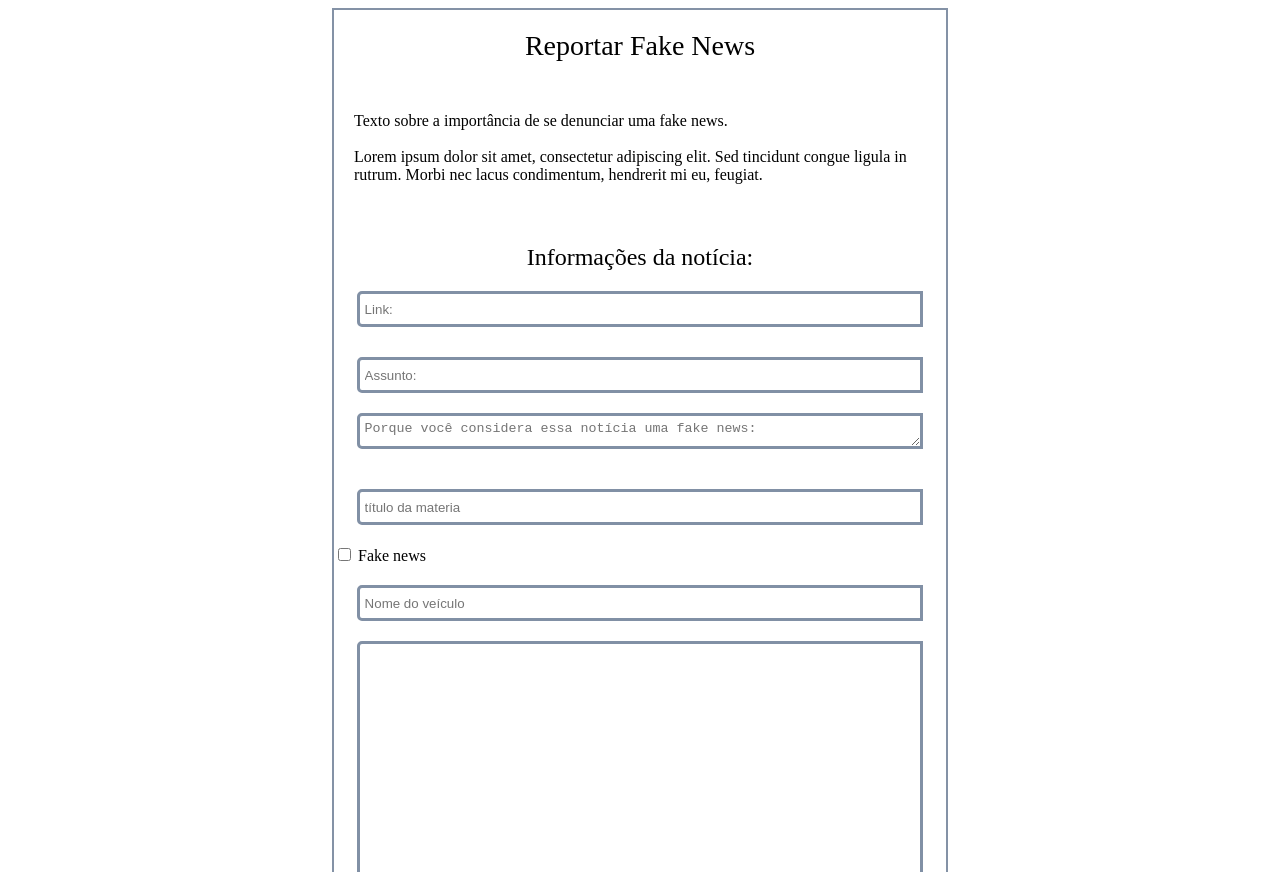
Repository: ICEI-PUC-Minas-PPLES-TI/plf-es-2021-1-ti1-7946100-04-fake-news-2
Page: Codigo/src/reportar/reportar_fn.html
These files come from the project's save history. The page is drawn as it stood at one moment and after the next save; the edit follows.
The browser window is 1280 px wide. The pictures show the part of the page from y = 0 to 872 px (the page is 1409 px tall before and 1323 px after).
A picture or video elsewhere on the page could not be fetched, so the positions and the page height are approximate. Some web libraries are served in a nearby version.

Above is the page before, as saved 2021-07-03 16:02:25.

### Codigo/src/reportar/reportar_fn.html
<!DOCTYPE html>
<html>

    <head>
        <link rel="stylesheet" href="style.css">
        <link href="https://maxcdn.bootstrapcdn.com/font-awesome/4.1.0/css/font-awesome.min.css" rel="stylesheet">
        <script src="https://ajax.googleapis.com/ajax/libs/jquery/2.1.3/jquery.min.js" type="text/javascript"></script>
        <script src="backend.js"></script>
    </head>

    <body class="register_body"  onload="javascript:check_logged()">
        <div class="container col-6">
            <div style="margin: 0 20px">

                <div class="title_report">
                    Reportar Fake News
                </div>
                <div class="subtitle_report">
                    Texto sobre a importância de se denunciar uma fake news. <br><br>
                    Lorem ipsum dolor sit amet, consectetur adipiscing elit. Sed tincidunt congue ligula in rutrum. Morbi nec lacus condimentum, hendrerit mi eu, feugiat.
                </div>
            </div>
            <div class="search">
                <form method="post" id="signup">
                    <div class="form_info">Informações da notícia:</div>
                    <div>
                        <input id="link" type="text" class="searchBar" placeholder="Link:">
                    </div>

                    <div>
                        <div>
                            <input id="assunto" type="text" class="searchBar" placeholder="Assunto:">
                        </div>
                        <div>
                            <textarea id="motivo" type="text" class="searchBar" placeholder="Porque você considera essa notícia uma fake news:"></textarea>
                        </div>

                        <div style="display: flex; margin: 0 20px;" id="form_not_adm">
                            <input type="button" class="button_a searchButton registerButton backButton_a" value="Reportar" onclick="save_report()">
                        </div>
                    </div>

                    <div id="form_adm" style="display: none;">
                        <div>
                            <input id="titulo" type="text" class="searchBar" placeholder="título da materia">
                        </div>

                        <div>
                            <input type="checkbox" id="isFake" name="isFake">
                            <label for="isFake">Fake news</label>
                        </div>

                        <div>
                            <input id="veiculo" type="text" class="searchBar" placeholder="Nome do veículo">
                        </div>

                        <div>
                            <textarea id="texto" type="text" class="searchBar" placeholder="Texto completo"> </textarea>
                        </div>
                        <input class="classhere" type="file" name="logo" id="logo" />
                        <div class="imagearea"></div>

                        <div style="display: flex;">
                            <input type="button" class="button_a searchButton registerButton" value="Salvar" onclick="save()">
                            <a href="index.html" class="button_a backButton_a">
                                <div class="searchButton registerButton backButton" >
                                    voltar
                                </div>
                            </a>
                        </div>
                    </div>

                </form>
            </div>
        </div>

    </body>
</html>

### Codigo/src/reportar/style.css
.search {
  width: 100%;
  position: relative;
  display: flex;

}
.search .label{
    margin: auto;
    padding-right: 10px;
  }


.searchBar {
  width: 90%;
  border: 3px solid #8190A5;
  padding: 5px;
  height: 20px;
  border-radius: 5px 0 0 5px;
  outline: none;
  color: #9DBFAF;
  display: block;
  margin: 0 auto;
}

.searchBar:focus{
  color: #8190A5;
}

.searchButton {
  width: 40px;
  height: 36px;
  border: 1px solid #8190A5;
  background: #8190A5;
  text-align: center;
  color: #fff;
  border-radius: 0 5px 5px 0;
  cursor: pointer;
  font-size: 20px;
}

.container{
  width: 90%;
  margin: auto;
  display: flex;
  flex-direction: column;


  background-color: #FFFFFF;
  border: 2px solid #8492A6;
  width: 612px;
}

.btn_container{
    display: flex;
    padding-top: 15px;
}

.registerButton{
    width: 150px;
    border-radius: 5px;
    height: 35px;
    vertical-align: middle;
    display: table-cell;
}
.button_a{
    text-decoration: none;
    color: white;
}

.index #list_table{
    width: 100%;
    margin: 15px 0 0 0;
}

/* ---------------  Cadastro ---------------------- */

.register_body .container{
    flex-direction: column;

}

.register_body #texto{
    height: 300px;
}

.register_body .button_a {
    margin: 20px 0 0 0;
}

.register_body .search{
    display: inline;
}
.register_body .search div{
    padding:10px 0;
}

.register_body .label{
    display: flex;
}
.backButton{
    padding:0px !important;
    margin-left: auto;
}
.backButton_a{
    margin-left: auto !important;
}

#list_table{
    width: 80%;
    margin: 0 auto;
    text-align: center;
    border-collapse: collapse;
}
th{
    border: 3px solid #8190A5;
}
td{
    border: 3px solid #8190A5;
}
tr{
    border: 3px solid #8190A5;
}
i{
    cursor: pointer;
}

.title_report{
    text-align: center;
    margin: 20px 0 50px 0;
    font-size: 28px;
}

.form_info{
    margin-top: 50px;
    text-align: center;
    font-size: 24px;
}

.left_div{
    width: 20%;
    margin: 0;
}

.right_div{
    width: 20%;
    margin: 0;
}

.middle_div{
    width: 80%;
    margin: 0 10px;
}
.inner_left{
    margin: 30px 10px;
}
.inner_left>div{
    margin-bottom: 30px;
}
.inner_left_title{
    font-size: 16px;
    text-align: center;
}

.gray_color{
    color: #8190A5;
}

### Codigo/src/reportar/backend.js
var content = [];
var counter = 0;
var is_logged = 1;
function getSite(){
    var busca = document.getElementById("search_bar").value;
    $("#list_table").html("");
    $("#list_table").html(
        "<tbody>"+
        "</tbody>"
        );
    for(var i = 0; i <= localStorage.length; i++){
        if(localStorage.getItem(i) !== null){
            var storage = JSON.parse(localStorage.getItem(i));
            if(
                storage.link.includes(busca) ||
                storage.titulo.includes(busca) ||
                storage.veiculo.includes(busca) ||
                storage.texto.includes(busca)
            ){
                $("#list_table").html(

                    "<tbody>"+
                    "</tbody>"
                    );
                for(var i = 0; i <= localStorage.length; i++){
                    if(localStorage.getItem(i) !== null){
                        var storage = JSON.parse(localStorage.getItem(i));
                        $("#list_table tbody").append("<tr style=\"border: none;>\"");
                        $("#list_table tbody").append("<td style=\"border: none; width: 8%;\"><img id=\"thumb_list"+i+"\" style=\"width: 50px;\"></img>  </td>");
                        $("#list_table tbody").append("<td style=\"border: none; width: 37%; text-align: start; padding-left: 10px;\"><div>"+storage.titulo+"</div><div class=\"gray_color\">"+storage.texto.substring(0,45)+"</div></td>");
                        $("#list_table tbody").append("<td style=\"border: none; width: 37%;\"><div class=\"gray_color\">"+storage.veiculo+"</div></td>");
                        $("#thumb_list"+i).attr("src", storage.thumb);
                        $("#list_table tbody").append("<td style=\"border: none; width: 9%;\"><i class=\"fa fa-trash-o\" onClick=\"trash_("+i+")\"></i></td>");
                    }
                }

            }
        }
    }

}

function trash(key){
    localStorage.removeItem(key);
    getSite();
}

function trash_(key){
    localStorage.removeItem(key);
    Listar_fn_usr();
}
function pencil(key){
    localStorage.setItem("to_edit", key);
    window.open("edit.html", "_self");
}

function edit(){
    let key = localStorage.getItem("to_edit");
    let to_edit = JSON.parse(localStorage.getItem(key));

    document.getElementById("link").value = to_edit.link;
    document.getElementById("titulo").value = to_edit.titulo;
    document.getElementById("texto").value = to_edit.texto;
    document.getElementById("veiculo").value = to_edit.veiculo;
    document.getElementById("isFake").checked = to_edit.checked;
    document.getElementById("assunto").value = to_edit.assunto;
    document.getElementById("motivo").value = to_edit.motivo;
    document.getElementById("revisado").value = to_edit.revisado;
    $(".imagearea")[0].firstChild.attributes.src.value = to_edit.thumb;
}


function save() {

    let link = document.getElementById("link").value;
    let titulo = document.getElementById("titulo").value;
    let texto = document.getElementById("texto").value;
    let veiculo = document.getElementById("veiculo").value;
    let fake = document.getElementById("isFake").checked;
    let assunto = "";//document.getElementById("assunto").checked;
    let motivo = "";//document.getElementById("motivo").checked;
    let thumb = $(".imagearea")[0].firstChild.attributes.src.value;
    let revisado = true;
    console.log(this.thumb_to_save);

    var values_json = {
        'link': link,
        'titulo': titulo,
        'texto': texto,
        'isFake': fake,
        'veiculo': veiculo,
        'thumb': thumb,
        'assunto': assunto,
        'motivo': motivo,
        'revisado': revisado
    }

    this.content.push(values_json);

    localStorage.setItem(this.counter, JSON.stringify(values_json));
    this.counter++;
    clearFields();
}

function save_report() {

    let link = document.getElementById("link").value;
    let titulo = "";//document.getElementById("titulo").value;
    let texto = ""; //document.getElementById("texto").value;
    let veiculo = "";//;document.getElementById("veiculo").value;
    let fake = "";//document.getElementById("isFake").checked;
    let assunto = document.getElementById("assunto").value;
    let motivo = document.getElementById("motivo").value;
    let thumb = $(".imagearea")[0].firstChild.attributes.src.value;
    let revisado = false;
    console.log(this.thumb_to_save);

    var values_json = {
        'link': link,
        'titulo': titulo,
        'texto': texto,
        'isFake': fake,
        'veiculo': veiculo,
        'thumb': thumb,
        'assunto': assunto,
        'motivo': motivo,
        'revisado': revisado
    }

    this.content.push(values_json);

    localStorage.setItem(this.counter, JSON.stringify(values_json));
    this.counter++;
    clearFields();
}

function saveOnEdit(){
    let key = localStorage.getItem("to_edit");

    let link = document.getElementById("link").value;
    let titulo = document.getElementById("titulo").value;
    let texto = document.getElementById("texto").value;
    let veiculo = document.getElementById("veiculo").value;
    let fake = document.getElementById("isFake").checked;
    let assunto = document.getElementById("assunto").value;
    let motivo = document.getElementById("motivo").value;
    let thumb = $(".imagearea")[0].firstChild.attributes.src.value;
    let revisado = true;

    var values_json = {
        'link': link,
        'titulo': titulo,
        'texto': texto,
        'isFake': fake,
        'veiculo': veiculo,
        'thumb': thumb,
        'assunto': assunto,
        'motivo': motivo,
        'revisado': revisado
    }

    localStorage.setItem(key, JSON.stringify(values_json));
    let tam = localStorage.length-1;
    localStorage.setItem("length",tam);
    clearFields();
}

function Listar(){
    $("#list_table").html(

        "<tbody>"+
        "</tbody>"
        );
    for(var i = 0; i <= localStorage.length; i++){
        if(localStorage.getItem(i) !== null){
            var storage = JSON.parse(localStorage.getItem(i));
            $("#list_table tbody").append("<tr style=\"border: none;>\"");
            $("#list_table tbody").append("<td style=\"border: none; width: 8%;\"><img id=\"thumb_list"+i+"\" style=\"width: 50px;\"></img>  </td>");
            $("#list_table tbody").append("<td style=\"border: none; width: 37%; text-align: start; padding-left: 10px;\"><div>"+storage.titulo+"</div><div class=\"gray_color\">"+storage.texto.substring(0,45)+"</div></td>");
            $("#list_table tbody").append("<td style=\"border: none; width: 37%;\"><div class=\"gray_color\">"+storage.veiculo+"</div></td>");
            $("#thumb_list"+i).attr("src", storage.thumb);
            $("#list_table tbody").append("<td style=\"border: none; width: 9%;\"><i class=\"fa fa-trash-o\" onClick=\"trash_("+i+")\"></i></td>");
        }
    }
}



function clearFields(){
    document.getElementById("link").value = "";
    document.getElementById("titulo").value = "";
    document.getElementById("texto").value = "";
    document.getElementById("veiculo").value = "";
    //document.getElementById("assunto").value = "";
    //document.getElementById("motivo").value = "";
    document.getElementById("isFake").checked = true;
    $(".imagearea")[0].firstChild.attributes.src.value = '';
}



$(document).ready(function(){
    var img = new Image();
    img.src = localStorage.theImage;

    $('.imagearea').html(img);
    console.log("alow");
    $("body").on("change",".classhere",function(){

        var fileInput = $(this)[0];
        var file = fileInput.files[0];

        var reader = new FileReader();
        reader.onload = function(e) {
             var img = new Image();
             img.src = reader.result;
             $(".imagearea").html(img);
         }

         reader.readAsDataURL(file);
      });
  });


  function Listar_fn_usr(){
    $("#list_table").html(
        "<tbody>"+
        "</tbody>"
        );
    for(var i = 0; i <= localStorage.length; i++){
        if(localStorage.getItem(i) !== null){
            var storage = JSON.parse(localStorage.getItem(i));
            if(storage.revisado || this.is_logged == 1){
                $("#list_table tbody").append("<tr style=\"border: none;>\"");
                $("#list_table tbody").append("<td style=\"border: none; width: 8%;\"><img id=\"thumb_list"+i+"\" style=\"width: 50px;\"></img>  </td>");
                $("#list_table tbody").append("<td style=\"border: none; width: 37%; text-align: start; padding-left: 10px;\"><div>"+storage.titulo+"</div><div class=\"gray_color\">"+storage.texto.substring(0,45)+"</div></td>");
                $("#list_table tbody").append("<td style=\"border: none; width: 37%;\"><div class=\"gray_color\">"+storage.veiculo+"</div></td>");
                $("#thumb_list"+i).attr("src", storage.thumb);
                if(this.is_logged == 1){
                    $("#list_table tbody").append("<td style=\"border: none; width: 9%;\"><i class=\"fa fa-trash-o\" onClick=\"trash_("+i+")\"></i></td>");
                }
            }
        }
    }
}

function check_logged(){
    if(this.is_logged == 1){
        document.getElementById("form_adm").style.display = "block";
        document.getElementById("form_not_adm").style.display = "none";
    }
}

After the next save:
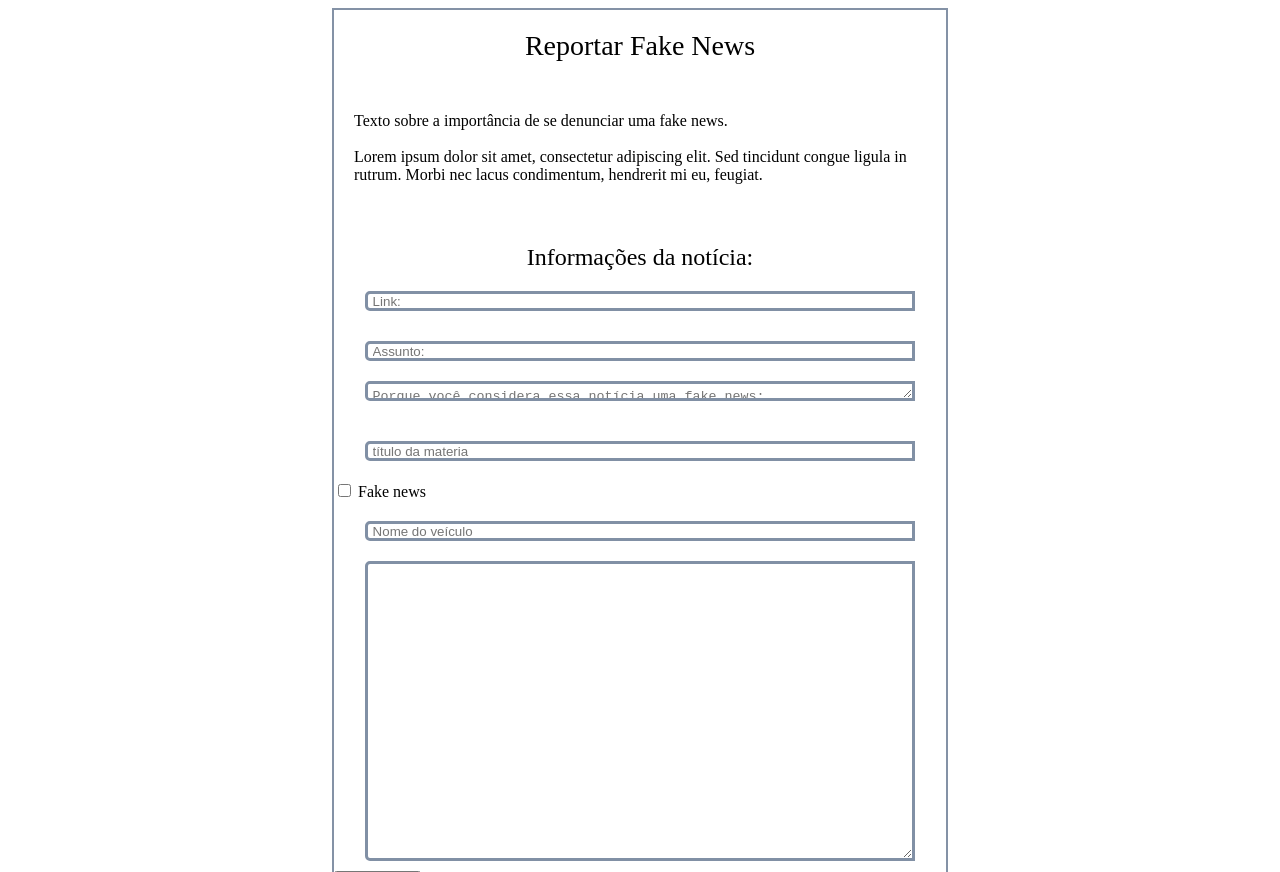
Saved 89 s later.
--- a/Codigo/src/reportar/reportar_fn.html
+++ b/Codigo/src/reportar/reportar_fn.html
@@ -1,6 +1,3 @@
-<!DOCTYPE html>
-<html>
-
     <head>
         <link rel="stylesheet" href="style.css">
         <link href="https://maxcdn.bootstrapcdn.com/font-awesome/4.1.0/css/font-awesome.min.css" rel="stylesheet">
@@ -75,4 +72,3 @@
         </div>
 
     </body>
-</html>
